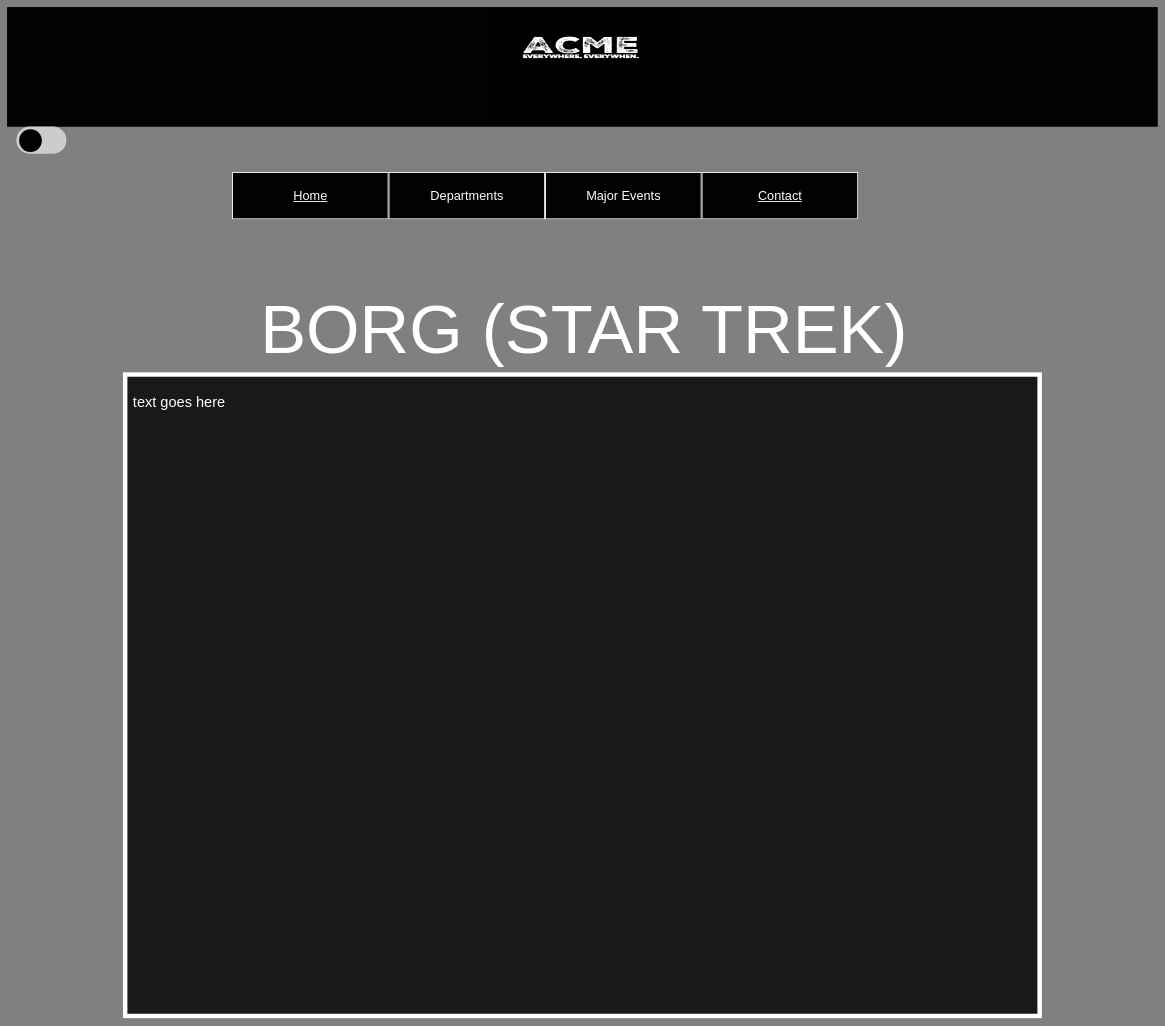
Repository: omega7379/omega7379.github.io
Page: borg.html
These files come from the project's save history. The page is drawn as it stood at one moment and after the next save; the edit follows.
The browser window is 1280 px wide. The pictures show the whole page, at 91% of full size.

Above is the page before, as saved 2022-07-02 17:18:55.

### borg.html
<!--created by Josip Bailey
Created 250122, Last Update 240622-->
<!DOCTYPE html>
<!--meta data-->
<meta charset="UTF-8">
<meta http-equiv="X-UA-Compatible" content="IE=edge">
<meta name="viewport" content="width=device-width, initial-scale=1.0">

<html lang="en">
    <body class="background">
        <header>
            <head>
                <!--tab title-->
                <title>ACME TIKTOK</title>
                <link rel="icon" href="acmeanvil.png">

                <!--import css-->
                <link id = "theme" rel="stylesheet" type="text/css" href="acmeStyleGuideDark.css">
            </head>

            <div class="top">
                <img src="acmelogo.png" alt="Homescreen Logo" width="200" height="125">
            </div>
        </header>
        <!--main section-->
        <main>
            <!--create toggle button to adjust switch colour-scheme-->
            <span class="toggle">
                <label class="switch" onclick="toggleTheme()">
                    <input type="checkbox">
                    <span class="slider"></span>
                </label>
            </span>

            <!--dropdown menu-->
            <div class="wrapper">
                <ul>
                    <li><a href="home.html">Home</a></li>
                    <li>Departments
                        <ul>
                            <li>Support
                                <ul>
                                    <li><a href="villianSupport.html">Villian Support</a></li>
                                    <li><a href="heroSupport.html">Hero Support</a></li>
                                    <li><a href="sidekickSupport.html">Sidekick Support</a></li>
                                    <li><a href="antiheroSupport.html">Antihero Support</a></li>
                                    <li><a href="memberSolutions.html">Member Solutions</a></li>
                                    <li><a href="itSupport.html">IT Support</a></li>
                                </ul>
                            </li>
                            <li>Corporate
                                <ul>
                                    <li><a href="corporate.html">Corporate</a></li>
                                    <li><a href="legal.html">Legal</a></li>
                                    <li><a href="collections.html">Collections</a></li>
                                    <li><a href="buildCrew.html">Build Crew</a></li>
                                    <li><a href="marketing.html">Marketing</a></li>
                                    <li><a href="communications.html">Communications</li>
                                    <li><a href="letters.html">Letters</a></li>
                                    <li><a href="humanResources.html">Human Resources</a></li>
                                    <li><a href="transportation.html">Transportation</a></li>
                                    <li><a href="publicRelations.html">Public Relations</a></li>
                                    <li><a href="evidenceDisposal.html">Evidence Disposal</a></li>
                                </ul>
                            </li>
                        </ul>
                    </li>
                    <li>Major Events
                        <ul>
                            <li><a href="borg.html">Borg Attack</a></li>
                            <li><a href="ork.html">Ork Invasion</a></li>
                            <li><a href="councilWar.html">Council War</a></li>
                            <li><a href="timeKeepers.html">Time Keepers</a></li>
                            <li><a href="TerryEscape.html">Terry's Escape</a></li>
                            <li><a href="hacked.html">The Hacker</a></li>
                        </ul>
                    </li>
                    <li><a href="contact.html">Contact</a></li>
                </ul>
            </div>
        </br></br></br>
            <div class="title">
                <p>BORG (STAR TREK)</p>
            </div>
            <!--main table holding the contents of the page-->
            <div class="contentTable">
                <table>
                    <tr><td>
                        <!--contents of page go here-->
                        <p>
                            text goes here
                        </p>
                    </tr></td>
                </table>
            </div>
        </main>
        <script type="text/javascript" src="acmejs.js"></script>
    </body>
</html>

### acmeStyleGuideDark.css
/*CSS webpage dark mode ACME, created by Josip Bailey
created 170122, last update 170622*/

/*header styling applying black to expand image without stretching*/
div.top {
    border: 1px solid #010203;
    background-color: #010203;
    text-align: center;
    align-content: center;
}
.title{
    font-size: 2cm;
    margin: auto;
    text-align: center;
    align-content: center;
}

/*start of the toggle button might delete*/
div.toggle{
    position: absolute;
    top: 50%;
    left:50%;
    transform: translate(-50%,-50%);
    text-align: left;
}
.switch{
    position: relative;
    display: inline-block;
    width: 55px;
    height: 30px;
    margin: 0 10px;

}
.slider{
    position: absolute;
    cursor: pointer;
    top: 0;
    left: 0;
    right: 0;
    bottom: 0;
    background-color: #ccc;
    transition: 0.4s;
    border-radius: 18px;
}
.switch input {display: none;}
.slider:before{
    position: absolute;
    content:"";
    height: 25px;
    width: 25px;
    left: 2.5px;
    bottom: 2.5px;
    background-color: #010203;
    transition: 0.4s;
    border-radius: 25px;
}
input:checked + .slider{
    background-color: #ccc;
}

input:checked + .slider:before{
    transform: translateX(25px);
}
/*end of button styling*/

/*background*/
.background{
    background-color: grey;
}

/*adjust text*/
p{
    margin-bottom: 4px;
    margin-left: 3px;
    font-family: Arial, Helvetica, sans-serif;
    color: white;
}
.chapter{
    margin-bottom: 8px;
    font-family: Arial, Helvetica, sans-serif;
    color: white;
    font-size: 1cm;
    text-align: center;
}

/*contentTable styling*/
.contentTable{
    border: 5px solid white;
    background-color: #181A18;
    max-width: 1000px;
    margin: auto;
    height: 700px;
    overflow: scroll;
}
.contentTablePDF{
    border: 5px solid white;
    /*background-color: #181A18;*/
    max-width: 1000px;
    margin: auto;
    height: 700px;
}
::-webkit-scrollbar{
    width: 12px;
    height: 12px;
}
::-webkit-scrollbar-thumb {
    background: white;
    border-radius: 10px;
}
::-webkit-scrollbar-thumb:hover {
    background: crimson;
}

/*drop down menu*/
.wrapper{
    width: 850px;
    margin: auto;
}
.wrapper ul{
    list-style: none;
    margin-top: 5px;
}
.wrapper ul li{
    background: #010203;
    width: 170px;
    border: 1px solid white;
    height: 50px;
    line-height: 50px;
    text-align: center;
    float: left;
    color: white;
    font-size: 14px;
    position: relative;
    font-family: Arial, Helvetica, sans-serif;
}
.wrapper ul ul{
    display: none;
}
.wrapper ul li:hover{
    background: crimson;
}
/*not broken, just a FEATURE*/
.wrapper ul li:hover > ul{/*messing with padding here to increase mouse accuracy and drop alignment*/
    display: block;
    margin: 0 0 -10em -2em;
    padding: 0 0 -2em 2em;
    z-index: 1;
    position: relative;
}
.wrapper ul ul ul{
    margin-left: 136px;
    top: 0;
    position: absolute;
}
/*adjust hyperlink colours*/
a:link{
    color: white;
}
a:visited{
    color: white;
}
a:hover{
    color: black;
}

### acmejs.js
/*enable switch for css pages-->*/
/*function toggleTheme(){
    var theme = document.getElementsByTagName('link')[0];
    if (theme.getAttribute('href') == 'acmeStyleGuideDark.css'){
        theme.setAttribute('href', 'acmeStyleGuideLight.css');
    }
    else {
        theme.setAttribute('href', 'acmeStyleGuideDark.css');
    }
}*/

function toggleTheme(){
    document.getElementsById('theme').href='acmeStyleGuideLight'
}

After the next save:
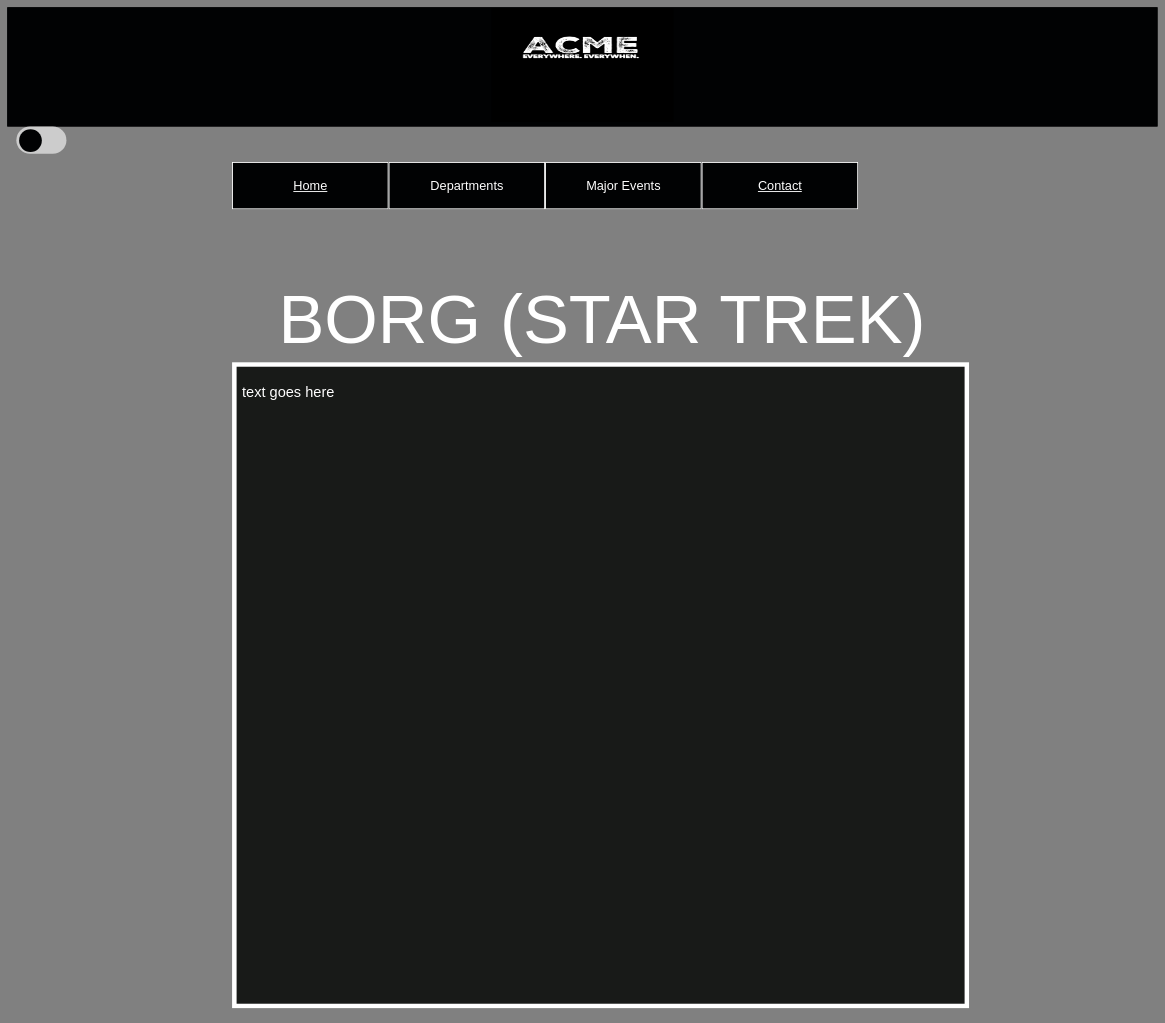
Saved 41 s later.
--- a/borg.html
+++ b/borg.html
@@ -76,7 +76,7 @@
                         </ul>
                     </li>
                     <li><a href="contact.html">Contact</a></li>
-                </ul>
+                </
             </div>
         </br></br></br>
             <div class="title">

After the save that followed:
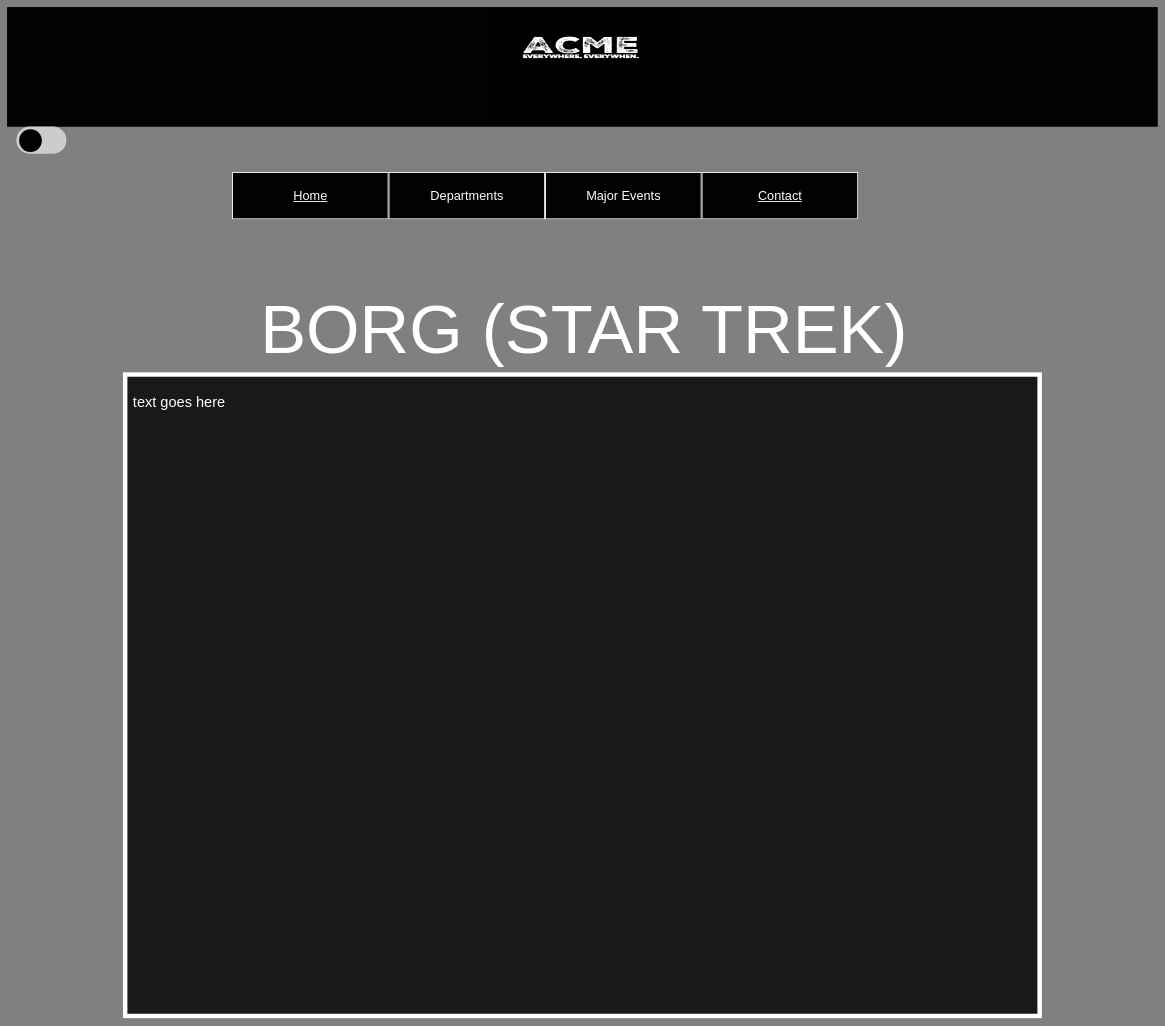
Saved 5 s later.
--- a/borg.html
+++ b/borg.html
@@ -76,7 +76,7 @@
                         </ul>
                     </li>
                     <li><a href="contact.html">Contact</a></li>
-                </
+                </ul>
             </div>
         </br></br></br>
             <div class="title">
